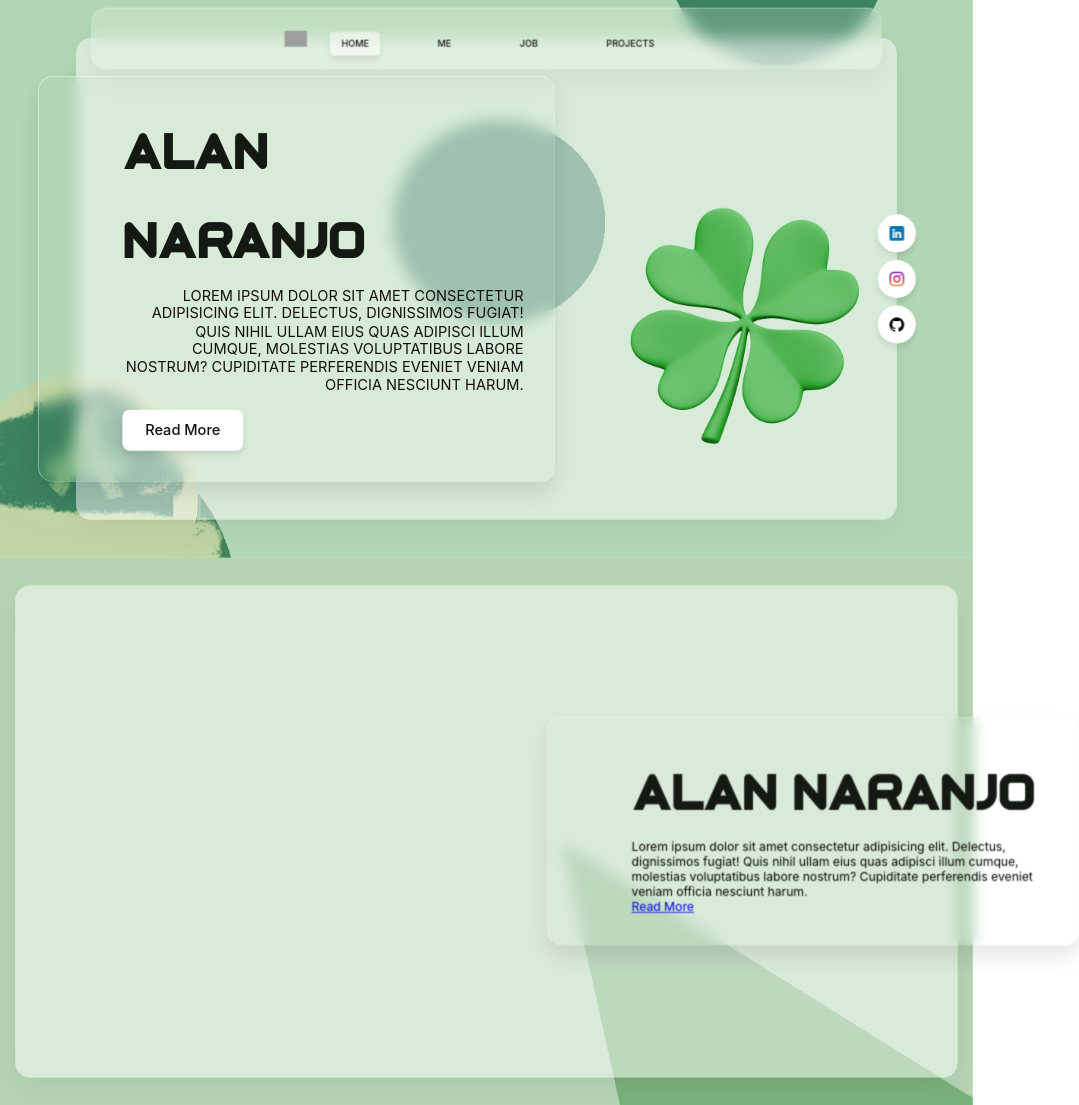
Repository: L-A-M-J-O/Me-sitio-Web
Page: / (app in my-project/)
These files come from the project's save history. The page is drawn as it stood at one moment and after the next save; the edit follows.
The browser window is 1280 px wide. The page is 1420 px wide, so the pictures cover 1420 px, including what lies to the right of the window. The pictures show the whole page, at 76% of full size.
Pictures or frames that could not be fetched are drawn as grey boxes. Backgrounds fixed to the window are drawn as part of the page. The project was rebuilt for these pictures with package versions that can differ from the ones it lists, and the page was loaded fresh each time.

Above is the page before, as saved 2022-09-20 16:07:08.

After the next save:
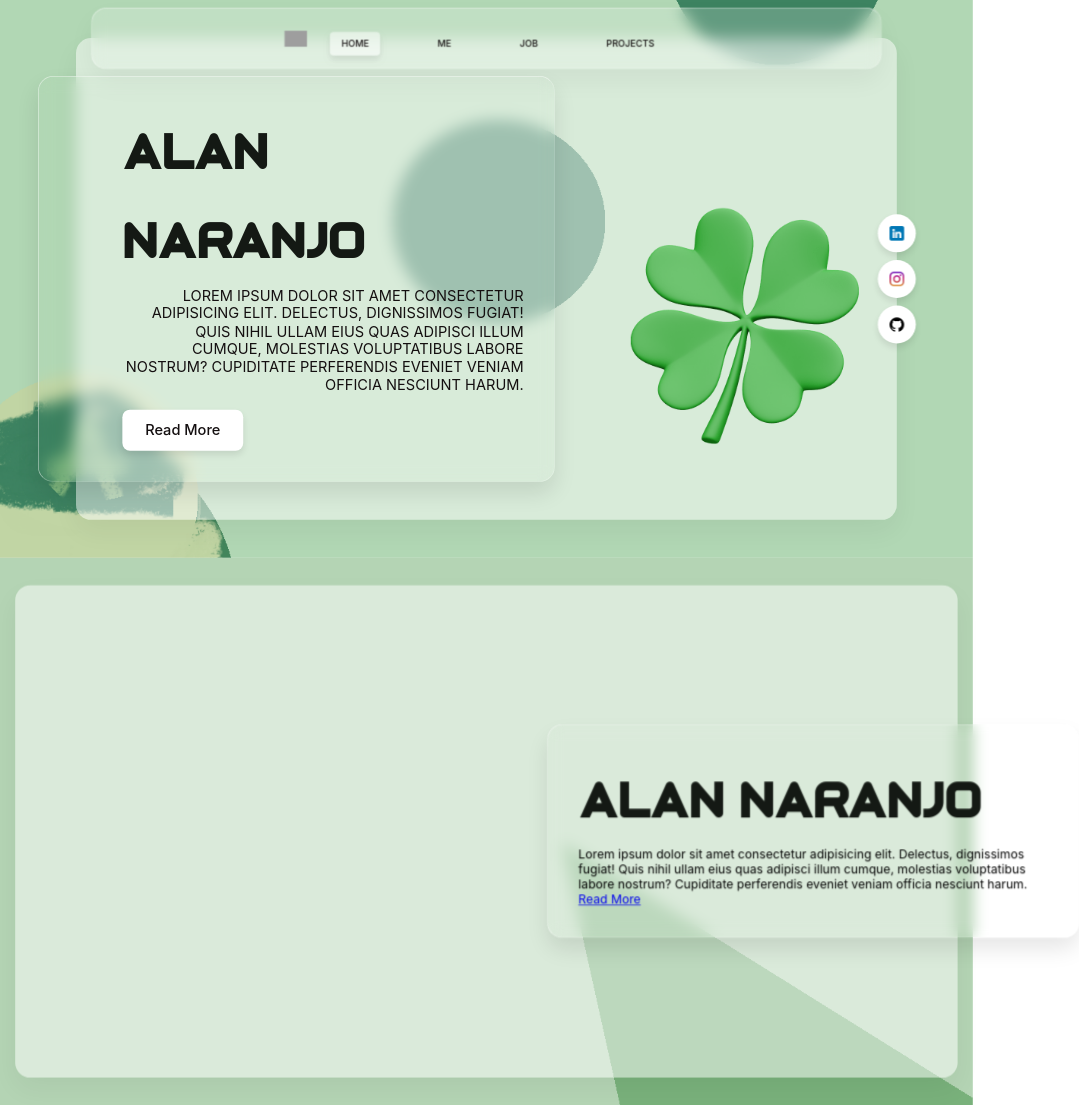
Saved 9 s later.
--- a/my-project/src/components/Me/Me.css
+++ b/my-project/src/components/Me/Me.css
@@ -31,7 +31,6 @@
     border-top: 1px solid rgba(255, 255, 255, 0.5);
     border-left: 1px solid rgba(255, 255, 255, 0.5);
     padding: 40px;
-    padding-left: 110px;
 }
 .content-me h2 {
     font-family: Osiris;
